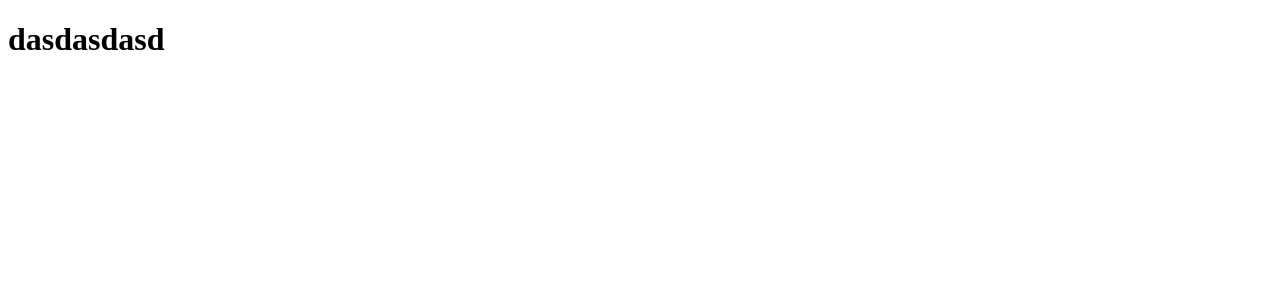
Repository: Hoa7604/kist_Java
Page: project-booking-tour/Example/WebContent/index.html
An editor plug-in stored every save of this project. The page is shown before and after the next save, followed by the edit.
The browser window is 1280 px wide. The pictures show the whole page.

Above is the page before, as saved 2020-08-10 09:47:34.

### project-booking-tour/Example/WebContent/index.html
<!DOCTYPE html>
<html>
<head>
<meta charset="UTF-8">
<title>Insert title here</title>
</head>
<body>
	<h1>dasdasdasd</h1>
</body>
</html>

After the next save:
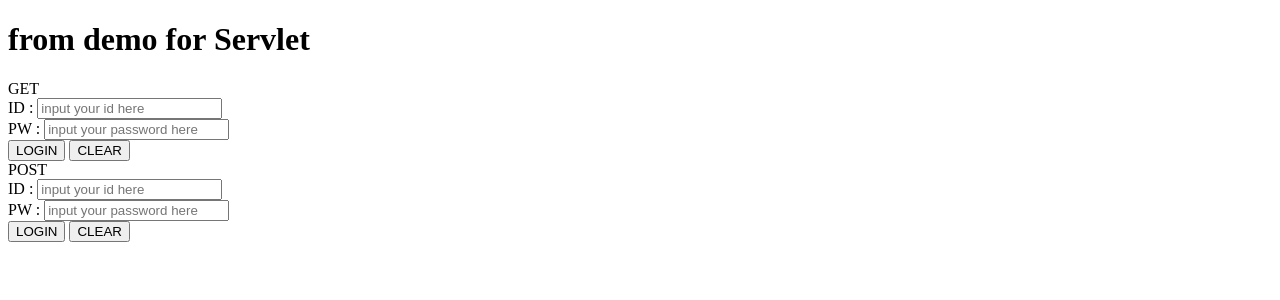
Saved 49 s later.
--- a/project-booking-tour/Example/WebContent/index.html
+++ b/project-booking-tour/Example/WebContent/index.html
@@ -2,9 +2,28 @@
 <html>
 <head>
 <meta charset="UTF-8">
-<title>Insert title here</title>
+<title>req & res demo</title>
 </head>
 <body>
-	<h1>dasdasdasd</h1>
+	<h1>from demo for Servlet</h1>
+	<div>
+		GET<br>
+		<form method="get" action="login1">
+			ID : <input type="text" name="uname" placeholder="input your id here"></br>
+			PW : <input type="password" name="upass" placeholder="input your password here"></br>
+			<input type="submit" value = "LOGIN">
+			<input type="reset" value = "CLEAR">
+		</form>
+	</div>
+	<div>
+		POST<br>
+		<form method="post" action="login2">
+			ID : <input type="text" name="uname" placeholder="input your id here"></br>
+			PW : <input type="password" name="upass" placeholder="input your password here"></br>
+			<input type="submit" value = "LOGIN">
+			<input type="reset" value = "CLEAR">
+		</form>
+
+	</div>
 </body>
 </html>
